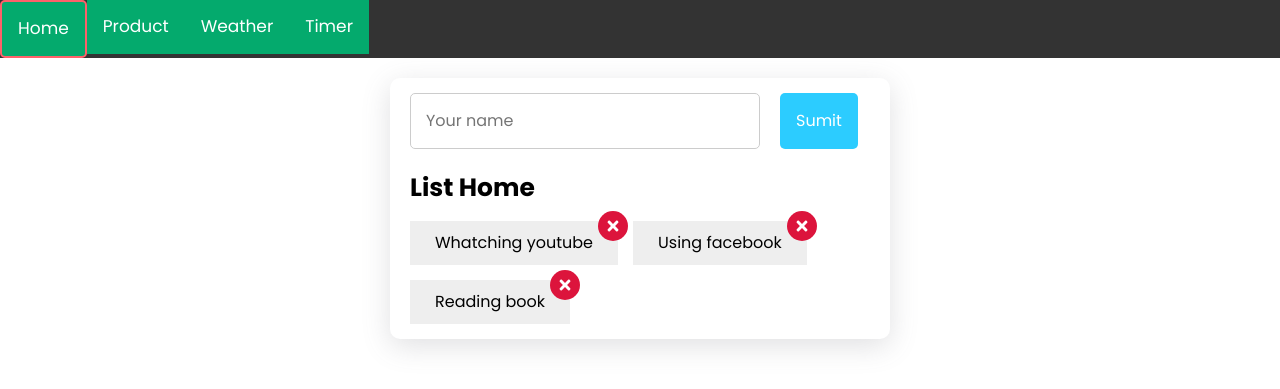
Repository: hoang0508/ReactJsHoiDanIT
Page: /
An editor plug-in stored every save of this project. The page is shown before and after the next save, followed by the edit.
The browser window is 1280 px wide. The pictures show the whole page.
The project was rebuilt for these pictures with package versions that can differ from the ones it lists, and the page was loaded fresh each time. Also part of the build but not shown: src/components/Products/Product.js.

Above is the page before, as saved 2022-03-10 10:35:29.

### public/index.html
<!DOCTYPE html>
<html lang="en">
  <head>
    <meta charset="utf-8" />
    <link rel="icon" href="%PUBLIC_URL%/favicon.ico" />
    <meta name="viewport" content="width=device-width, initial-scale=1" />
    <meta name="theme-color" content="#000000" />
    <meta
      name="description"
      content="Web site created using create-react-app"
    />
    <link rel="apple-touch-icon" href="%PUBLIC_URL%/logo192.png" />
    <!--
      manifest.json provides metadata used when your web app is installed on a
      user's mobile device or desktop. See https://developers.google.com/web/fundamentals/web-app-manifest/
    -->
    <link rel="manifest" href="%PUBLIC_URL%/manifest.json" />
    <!--
      Notice the use of %PUBLIC_URL% in the tags above.
      It will be replaced with the URL of the `public` folder during the build.
      Only files inside the `public` folder can be referenced from the HTML.

      Unlike "/favicon.ico" or "favicon.ico", "%PUBLIC_URL%/favicon.ico" will
      work correctly both with client-side routing and a non-root public URL.
      Learn how to configure a non-root public URL by running `npm run build`.
    -->
    <link rel="preconnect" href="https://fonts.googleapis.com" />
    <link rel="preconnect" href="https://fonts.gstatic.com" crossorigin />
    <link
      href="https://fonts.googleapis.com/css2?family=Poppins:ital,wght@0,300;0,400;0,500;0,600;0,700;1,600&family=Red+Hat+Display:wght@300;400;500;600;700&display=swap"
      rel="stylesheet"
    />
    <title>React App</title>
  </head>
  <body>
    <noscript>You need to enable JavaScript to run this app.</noscript>
    <div id="root"></div>
    <!--
      This HTML file is a template.
      If you open it directly in the browser, you will see an empty page.

      You can add webfonts, meta tags, or analytics to this file.
      The build step will place the bundled scripts into the <body> tag.

      To begin the development, run `npm start` or `yarn start`.
      To create a production bundle, use `npm run build` or `yarn build`.
    -->
  </body>
</html>

### src/index.css
@import url("https://fonts.googleapis.com/css2?family=Poppins:wght@100;200;300;400;500;600;700&display=swap");
body {
  margin: 0;
  font-family: "Poppins", sans-serif;
  font-size: 16px;
  -webkit-font-smoothing: antialiased;
  -moz-osx-font-smoothing: grayscale;
}

code {
  font-family: source-code-pro, Menlo, Monaco, Consolas, "Courier New",
    monospace;
}

### src/App.js
// import logo from "./logo.svg";
import "./App.css";
import "react-image-lightbox/style.css";
// import AddNewProduct from "./components/Form/AddNewProduct";
import Product from "./components/Products/Product";
import Home from "./components/TodoApp/Home";
import { Routes, Route } from "react-router-dom";
import Nav from "./components/Navigation/Nav";

const App = () => {
  return (
    <>
      <Nav />
      <Routes>
        <Route path="/" element={<Home />}></Route>
        <Route path="/product" element={<Product />}></Route>
      </Routes>
      {/* <AddNewProduct /> */}
    </>
  );
};

export default App;

### src/App.css
*,
*::before,
*::after {
  box-sizing: border-box;
}
body,
h1,
h2,
h3,
h4,
h5,
h6,
p,
figure,
picture {
  margin: 0;
}
body {
  min-height: 100vh;
  line-height: 1.5;
}
input,
button,
select,
textarea {
  font: inherit;
}
img,
picture {
  display: block;
  max-width: 100%;
}
/* remove animation for people who've turned them off */
@media (prefers-reduced-motion: reduce) {
  *,
  *::before,
  *::after {
    animation-duration: 0.01ms !important;
    animation-iteration-count: 1 !important;
    transition-duration: 0.01ms !important;
    scroll-behavior: auto !important;
  }
}

### src/components/TodoApp/Home.js
import React, { useState } from "react";
import "./TodoList.scss";
import _ from "lodash";
import DisPlayTodo from "./DisPlayTodo";
import AddTodo from "./AddTodo";
const Home = () => {
  const [nameTodo, setNameTodo] = useState("");
  const [listTodo, setListTodo] = useState([
    {
      id: 1,
      name: "Whatching youtube",
    },
    {
      id: 2,
      name: "Using facebook",
    },
    {
      id: 3,
      name: "Reading book",
    },
  ]);
  console.log(">> check data:", listTodo);
  // hàm onChage input value
  const handleChangeTodo = (e) => {
    setNameTodo(e.target.value);
  };
  // thêm List Todo
  const handleClickTodo = (e) => {
    if (!nameTodo) {
      return;
    }
    let todoItem = {
      id: Math.floor(Math.random() * 1000),
      name: nameTodo,
    };
    // cách đi làm
    let currentTodo = _.clone(listTodo);
    currentTodo.push(todoItem);
    setListTodo(currentTodo);
    setNameTodo("");

    // cách thông dụng của hook
    // setListTodo([...listTodo, todoItem]);
  };
  // Delete Todo
  const handleClickDeleTodo = (id) => {
    const deleTodo = [...listTodo].filter((item) => item.id !== id);
    setListTodo(deleTodo);
  };
  return (
    <>
      <div className="todo">
        <AddTodo
          todo={nameTodo}
          handleClickTodo={handleClickTodo}
          handleChangeTodo={handleChangeTodo}
        />
        <div>
          <h3 className="todo-title">List Home</h3>
          <DisPlayTodo
            listTodo={listTodo}
            handleClickDeleTodo={handleClickDeleTodo}
          />
        </div>
      </div>
    </>
  );
};

// class Home extends React.Component {
//   // Khai báo state
//   state = {
//     name: "Hoang",
//   };
//   render() {
//     return (
//       <>
//         <input
//           placeholder="Your name"
//           onChange={(e) => this.setState({ name: e.target.value })}
//         />
//         <div>Hello {this.state.name}</div>
//       </>
//     );
//   }
// }

export default Home;

### src/components/Navigation/Nav.js
import React from "react";
import "./Nav.scss";
import { Link, NavLink } from "react-router-dom";
const ListLink = [
  {
    id: 1,
    to: "/",
    title: "Home",
  },
  {
    id: 2,
    to: "/product",
    title: "Product",
  },
  {
    id: 3,
    to: "/weather",
    title: "Weather",
  },
  {
    id: 4,
    to: "/timer",
    title: "Timer",
  },
];

const Nav = () => {
  return (
    <div className="topnav">
      {ListLink &&
        ListLink.length > 0 &&
        ListLink.map((item) => (
          <NavLink className="is-active" to={item.to} key={item.id}>
            {item.title}
          </NavLink>
        ))}
    </div>
  );
};

export default Nav;

### src/components/Products/Product.scss
.product {
  margin: 50px 30px;
  display: flex;
  justify-content: space-between;
  gap: 0 30px;
  &-list {
    width: 40%;
  }
  &-item-top {
    cursor: pointer;
  }
  &-item-bottom {
    display: flex;
    gap: 0 15px;
  }
  &-item-image {
    border: 1px solid #ccc;
    cursor: pointer;
    border-radius: 5px;
    overflow: hidden;
  }
  &-content {
    width: 60%;
    background-color: #fafafa;
    padding: 20px;
  }
  &-name {
    font-size: 20px;
    margin-bottom: 15px;
    font-weight: 500;
  }
  &-price {
    margin-bottom: 15px;
    font-size: 18px;
    font-weight: 400;
  }
  &-size {
    margin-bottom: 10px;
  }
  &-count {
    margin-bottom: 20px;
  }
  &-quantity {
    padding-bottom: 10px;
  }
  &-btn {
    outline: none;
    border: 1px solid #eee;
    cursor: pointer;
  }
  &-input {
    width: 50px;
    outline: none;
    border: 1px solid #ccc;
    text-align: center;
  }
  &-icon {
    font-size: 12px;
  }
  &-buy {
    width: 300px;
    padding: 10px 20px;
    border: 0;
    outline: none;
    background-color: #ff616a;
    color: #fff;
    cursor: pointer;
    border-radius: 5px;
  }
}

.active {
  border: 2px solid #ff616a;
  border-radius: 5px;
  overflow: hidden;
}

### src/components/TodoApp/TodoList.scss
.todo {
  max-width: 500px;
  width: 100%;
  margin: 20px auto;
  padding: 15px 20px;
  background-color: #fff;
  box-shadow: rgba(100, 100, 111, 0.2) 0px 7px 29px 0px;
  border-radius: 10px;
  overflow: hidden;
  form {
    margin-bottom: 20px;
  }
  &-input {
    max-width: 350px;
    width: 100%;
    border: 1px solid #ccc;
    outline: none;
    padding: 15px;
    border-radius: 5px;
  }
  &-btn {
    border: 0;
    padding: 16px;
    outline: none;
    cursor: pointer;
    background-color: #2cccff;
    color: #fff;
    border-radius: 5px;
    margin-left: 20px;
  }
  &-title {
    font-size: 25px;
    margin-bottom: 15px;
  }
  &-list {
    display: flex;
    flex-wrap: wrap;
    align-items: center;
    gap: 15px;
  }
  &-item {
    background-color: #eee;
    padding: 10px 25px;
    position: relative;
  }
  &-dele {
    position: absolute;
    width: 30px;
    height: 30px;
    background-color: crimson;
    color: #fff;
    border-radius: 100rem;
    top: -10px;
    right: -10px;
    display: flex;
    align-items: center;
    justify-content: center;
    cursor: pointer;
  }
}

### src/components/TodoApp/DisPlayTodo.js
import React from "react";
import { FaTimes } from "react-icons/fa";

const DisPlayTodo = (props) => {
  const handleClickDele = (id) => {
    props.handleClickDeleTodo(id);
  };
  return (
    <div>
      <div className="todo-list">
        {props.listTodo &&
          props.listTodo.length > 0 &&
          props.listTodo.map((item, index) => (
            <div key={item.id} className="todo-item">
              <div className="todo-name">{item.name}</div>
              <div
                // onClick={() => handleClickDeleTodo(item.id)}
                onClick={() => handleClickDele(item.id)}
                className="todo-dele"
              >
                <FaTimes />
              </div>
            </div>
          ))}
      </div>
    </div>
  );
};

export default DisPlayTodo;

### src/components/TodoApp/AddTodo.js
import React from "react";

const AddTodo = (props) => {
  const { nameTodo, handleChangeTodo, handleClickTodo } = props;
  return (
    <div>
      <form>
        <input
          className="todo-input"
          type="text"
          placeholder="Your name"
          value={nameTodo}
          onChange={(e) => handleChangeTodo(e)}
        />
        <button
          className="todo-btn"
          type="button"
          onClick={(e) => handleClickTodo(e)}
        >
          Sumit
        </button>
      </form>
    </div>
  );
};

export default AddTodo;

### src/components/Navigation/Nav.scss
.topnav {
  overflow: hidden;
  background-color: #333;
}

.topnav a {
  float: left;
  color: #f2f2f2;
  text-align: center;
  padding: 14px 16px;
  text-decoration: none;
  font-size: 17px;
}

.topnav a:hover {
  background-color: #ddd;
  color: black;
}

.topnav a.is-active {
  background-color: #04aa6d;
  color: white;
}

Loaded but not shown: src/index.js (common file); src/reportWebVitals.js (common file)

After the next save:
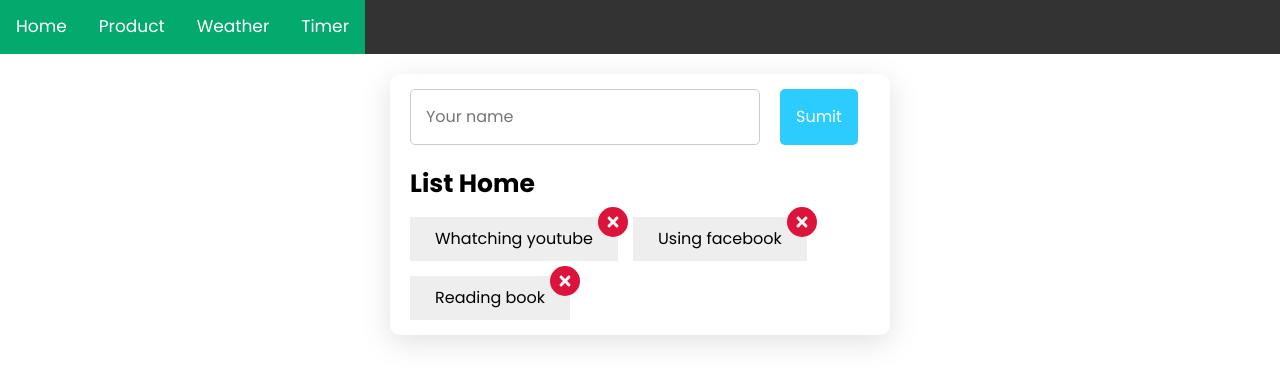
Saved 66 s later.
--- a/src/components/Products/Product.scss
+++ b/src/components/Products/Product.scss
@@ -67,10 +67,9 @@
     cursor: pointer;
     border-radius: 5px;
   }
+  &-active {
+    border: 2px solid #ff616a;
+    border-radius: 5px;
+    overflow: hidden;
+  }
 }
-
-.active {
-  border: 2px solid #ff616a;
-  border-radius: 5px;
-  overflow: hidden;
-}
